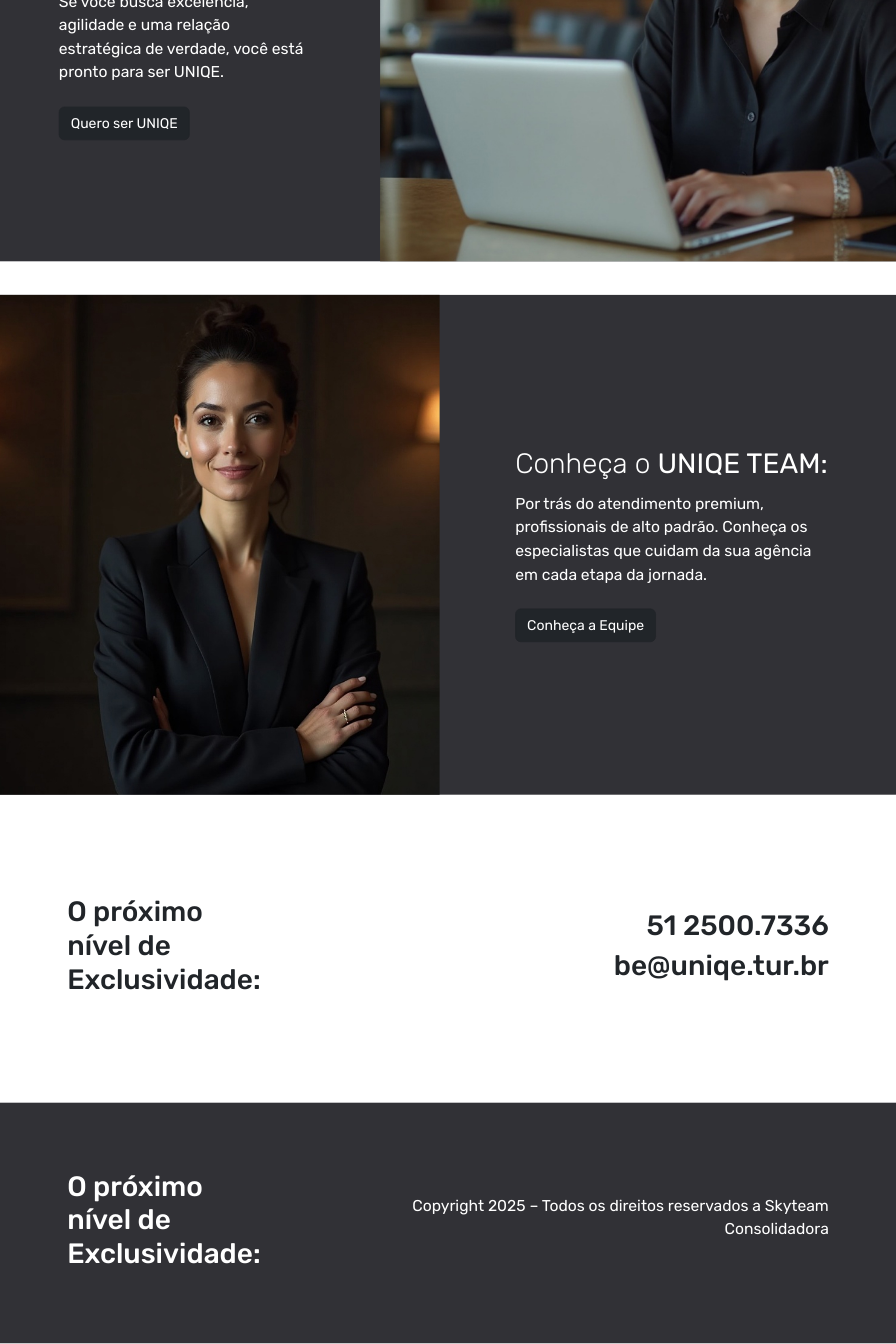
Repository: SkyTeam-Dev/Site-Uniqe
Page: http://localhost/
The author's editor kept a copy of each file at every save. The page is drawn from the files as they stood at one save, then again after the next save.
The browser window is 1280 px wide. The pictures show the part of the page from y = 2975 to 4895 px (the page is 4895 px tall before and 4786 px after), at 70% of full size.
Some web libraries are served in a nearby version. The page is run by PHP 8.4 with error messages shown; the project is at /var/www/html/.

Above is the page before, as saved 2025-07-08 09:38:40.

After the next save:
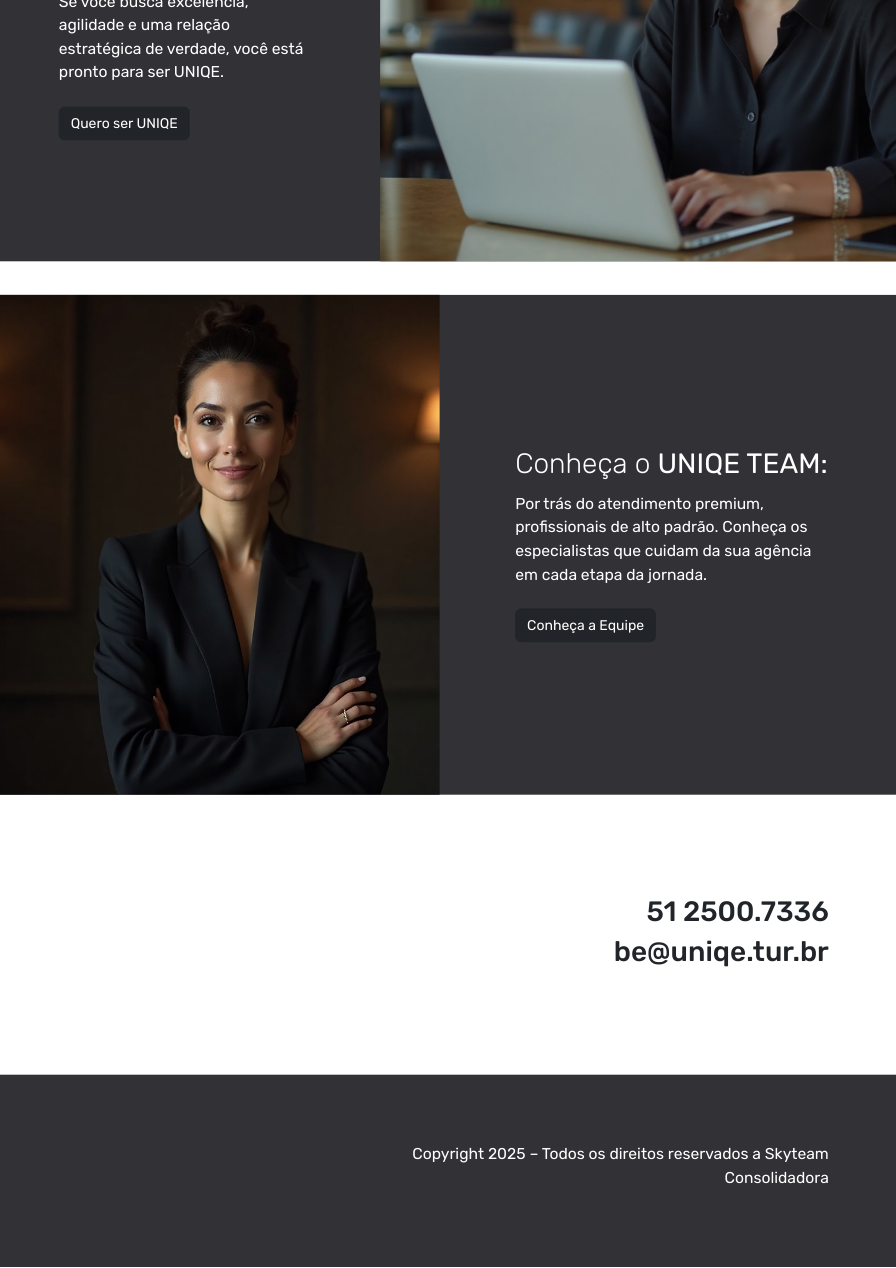
Saved 34 s later.
--- a/index.php
+++ b/index.php
@@ -502,7 +502,7 @@
             <div class="col-md-4 p-5 mb-4 mb-md-0">
                 <div class="p-5 text-start">
 
-                    <h1 class="text-start">O próximo nível de Exclusividade:</h1>
+                    <img src="Templates/Default/Imagens/Logo_Uniqe_Branco.png" class="ms-4 img-fluid fw-bold">
 
                 </div>
             </div>
@@ -524,7 +524,7 @@
             <div class="col-md-4 p-5 mb-4 mb-md-0">
                 <div class="p-5 text-start">
 
-                    <h1 class="text-start">O próximo nível de Exclusividade:</h1>
+
 
                 </div>
             </div>
